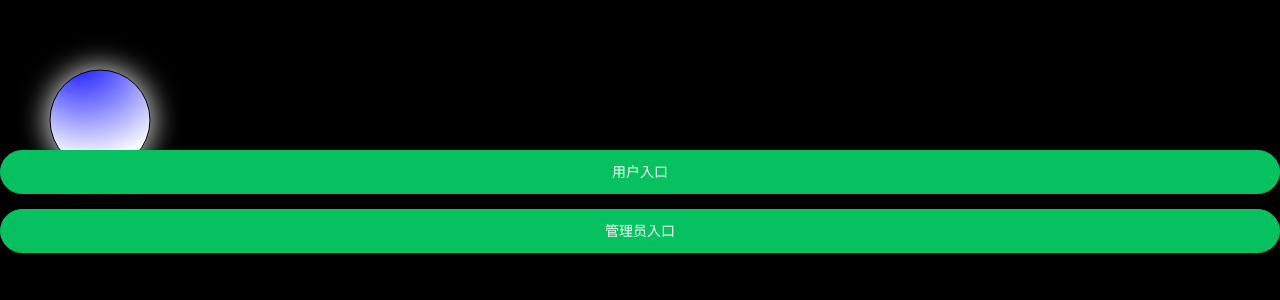
Repository: fisher002/sports
Page: /
These files come from the project's save history. The page is drawn as it stood at one moment and after the next save; the edit follows.
The browser window is 1280 px wide. The pictures show the whole page.
The project was rebuilt for these pictures with package versions that can differ from the ones it lists, and the page was loaded fresh each time. Also part of the build but not shown: src/components/public/bottom.vue, src/views/mobile-index/indexUrl.js, src/views/mobile-admin/admin-login/loginUrl.js, src/components/public/top.vue, src/views/mobile-index/mobileIndex.vue, src/utils/comUtils.js, src/views/mobile-index/index.vue, src/views/mobile-index/detailcompate.vue and 68 more.

Above is the page before, as saved 2020-05-04 13:57:06.

After the next save:
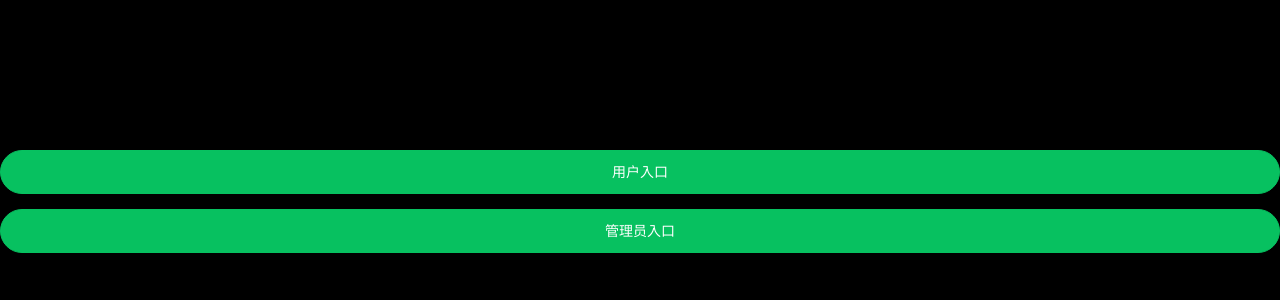
Saved 14 min 22 s later.
--- a/src/views/index.vue
+++ b/src/views/index.vue
@@ -24,7 +24,7 @@ export default {
     let canvas = this.$refs.myCanvas;
     canvas.height = this.height;
     canvas.width = this.width;
-    this.autoCreateS(canvas);
+    this.createSrc(canvas);
   },
   methods: {
     /**获取屏幕宽高 */
@@ -33,9 +33,7 @@ export default {
       this.width = document.documentElement.clientWidth;
     },
     /**自定义创建圆 */
-    autoCreateS(canvas) {
-      let x = 0,
-        y = 0;
+    createSrc(canvas) {
       let ctx = canvas.getContext("2d");
       ctx.shadowBlur = 30;
       ctx.shadowColor = "#ffffff";
@@ -44,9 +42,26 @@ export default {
       grd.addColorStop(1, "white");
       ctx.fillStyle = grd;
       ctx.beginPath();
-      ctx.arc(100, 120, 50, 0, 2 * Math.PI, true);
+      ctx.arc(this.autoX(), this.autoY(), 50, 0, 2 * Math.PI, true);
       ctx.fill();
       ctx.stroke();
+    },
+    /**纵向变化 */
+    autoY() {
+      let y = this.height + 100;
+      let timer = setInterval(() => {
+        y -= 1;
+      }, 1000);
+      if (y == -100) {
+        y = this.height + 100;
+      }
+      return y;
+    },
+    /**横向变化 */
+    autoX() {
+      let x = 0;
+      x = Math.floor(Math.random() * this.width) + 50;
+      return x;
     }
   },
   destroyed() {
